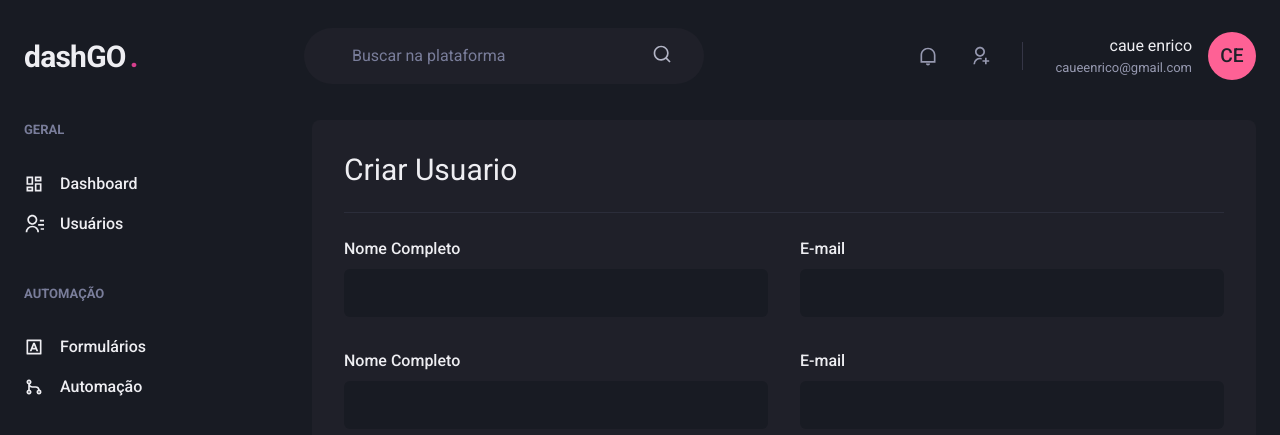
Repository: caueenrico/DashGO
Page: /user/create
An editor plug-in stored every save of this project. The page is shown before and after the next save, followed by the edit.
The browser window is 1280 px wide. The pictures show the whole page.
The project was rebuilt for these pictures with package versions that can differ from the ones it lists, and the page was loaded fresh each time. The framework's server and built-in components were replaced by stand-ins that run in the browser. Also part of the build but not shown: next.config.js.

Above is the page before, as saved 2023-03-16 16:37:34.

### src/pages/_app.tsx
import { theme } from '@/styles/theme'
import { ChakraProvider } from '@chakra-ui/react'
import type { AppProps } from 'next/app'

export default function App({ Component, pageProps }: AppProps) {
  return (
    <ChakraProvider theme={theme}>
      <Component {...pageProps} />
    </ChakraProvider>

  )
}

### src/pages/_document.tsx
import { Html, Head, Main, NextScript } from 'next/document'

export default function Document() {
  return (
    <Html lang="en">
      <Head>
        <link rel="preconnect" href="https://fonts.googleapis.com"/>
        <link rel="preconnect" href="https://fonts.gstatic.com" />
        <link href="https://fonts.googleapis.com/css2?family=Roboto:wght@400;500;700&display=swap" rel="stylesheet"/>
      </Head>
      <body>
        <Main />
        <NextScript />
      </body>
    </Html>
  )
}

### src/pages/user/create.tsx
import { Input } from "@/components/Form/Input";
import { Header } from "@/components/Header";
import { Pagination } from "@/components/Pagination";
import { SideBar } from "@/components/SideBar";
import { Box, Divider, Flex, Heading, SimpleGrid, VStack } from "@chakra-ui/react";

export default function UserList() {
  return (
    <Box>
      <Header/>

      <Flex w="100%" my="6" maxWidth={1480} mx="auto" px="6" >
        <SideBar />

        <Box flex="1" borderRadius={8} bg="gray.800" p="8">
          <Heading size="lg" fontWeight="normal">Criar Usuario</Heading>

          <Divider my="6" borderColor="gray.700"/>

          <VStack spacing="8">
            <SimpleGrid minChildWidth="240px" spacing="8" w="100%">
              <Input name="name" label="Nome Completo" />
              <Input name="email" type="email" label="E-mail" />
            </SimpleGrid>

            <SimpleGrid minChildWidth="240px" spacing="8" w="100%">
              <Input name="password" label="Nome Completo" />
              <Input name="email" type="email" label="E-mail" />
            </SimpleGrid>
          </VStack>


        </Box>
      </Flex>
    </Box>
  )
}

### src/components/Form/Input.tsx
import { FormControl, FormLabel, Input as ChakraInput, InputProps as ChakraInputProps } from "@chakra-ui/react";

interface InputProps extends ChakraInputProps{
  name: string;
  label?: string;
}

export function Input({ name, label, ...rest }: InputProps) {
  return (
    <FormControl>
      {!!label && <FormLabel htmlFor={name}>{label}</FormLabel>}
      <ChakraInput
        name={name}
        id={name}
        {...rest} //tenho que fazer para que ele receba as propriedades do InputProps
        focusBorderColor="pink.500"
        bg={"gray.900"}
        variant="filled"
        _hover={{
          bg: "gray.900",
        }}
        size="lg"
      />
    </FormControl>
  );
}

### src/components/Header.tsx
import { Flex, Input, Text, Icon, HStack, Box, Avatar } from "@chakra-ui/react";
import {
  RiSearchLine,
  RiNotificationLine,
  RiUserAddLine,
} from "react-icons/ri";

export function Header() {
  return (
    <Flex
      as="header"
      w="100%"
      maxWidth={1480}
      h="20"
      mx="auto"
      mt="4"
      px="6"
      align="center"
    >
      <Text
        fontSize="3xl"
        fontWeight="bold"
        letterSpacing="tight" //para deixar a letra mais apertada
        w="64"
      >
        dashGO
        <Text as="span" ml="1" color="pink.500">
          .
        </Text>
      </Text>

      <Flex
        as="label"
        flex="1"
        py="4"
        px="8"
        ml="6"
        maxWidth={400}
        alignSelf="center"
        color="gray.200"
        position="relative"
        bg="gray.800"
        borderRadius="full"
      >
        <Input
          color="gray.50"
          variant="unstyled"
          px="4"
          mr="4"
          placeholder="Buscar na plataforma"
          _placeholder={{ color: "gray.400" }}
        />

        <Icon as={RiSearchLine} fontSize="20" />
        {/* tive que fazer isso acima, por uma recomendação do chakra, entao no caso Icon vem do chakra e o RiSearchLine vem do react-icons */}
      </Flex>

      <Flex align="center" ml="auto">
        <HStack
          spacing="8"
          mx="8"
          pr="8"
          py="1"
          color="gray.300"
          borderRightWidth={1}
          borderColor="gray.700"
        >
          <Icon as={RiNotificationLine} fontSize="20" />
          <Icon as={RiUserAddLine} fontSize="20" />
        </HStack>
      </Flex>

      <Flex align="center">

        <Box mr="4" textAlign="right">
          <Text>caue enrico</Text>
          <Text color="gray.300" fontSize="small">
            caueenrico@gmail.com
          </Text>
        </Box>
        <Avatar size="md" name="Caue Enrico" />

      </Flex>
    </Flex>
  );
}

### src/components/SideBar.tsx
import { Box, Link, Stack, Text, Icon } from "@chakra-ui/react";
import { RiDashboardLine, RiContactsLine, RiInputMethodLine, RiGitMergeLine } from "react-icons/ri";

export function SideBar() {
  return (
    <Box as="aside" w="64" mr="8">
      <Stack spacing="12" align="flex-start" >
        <Box>
          <Text fontWeight="bold" color="gray.400" fontSize="small">GERAL</Text>
          <Stack spacing="4" mt="8" align="stretch" >
            <Link display="flex" alignItems="center" >
              <Icon as={RiDashboardLine} fontSize="20" />
              <Text ml="4" fontWeight="medium" >Dashboard</Text>
            </Link>
            <Link display="flex" alignItems="center" >
              <Icon as={RiContactsLine} fontSize="20" />
              <Text ml="4" fontWeight="medium" >Usuários</Text>
            </Link>
          </Stack>
        </Box>

        <Box>
          <Text fontWeight="bold" color="gray.400" fontSize="small">AUTOMAÇÃO</Text>
          <Stack spacing="4" mt="8" align="stretch" >
            <Link display="flex" alignItems="center" >
              <Icon as={RiInputMethodLine} fontSize="20" />
              <Text ml="4" fontWeight="medium">Formulários</Text>
            </Link>
            <Link display="flex" alignItems="center" >
              <Icon as={RiGitMergeLine} fontSize="20" />
              <Text ml="4" fontWeight="medium">Automação</Text>
            </Link>
          </Stack>
        </Box>
      </Stack>

    </Box>
  )
}

Loaded but not shown: src/styles/theme.ts (common file)

After the next save:
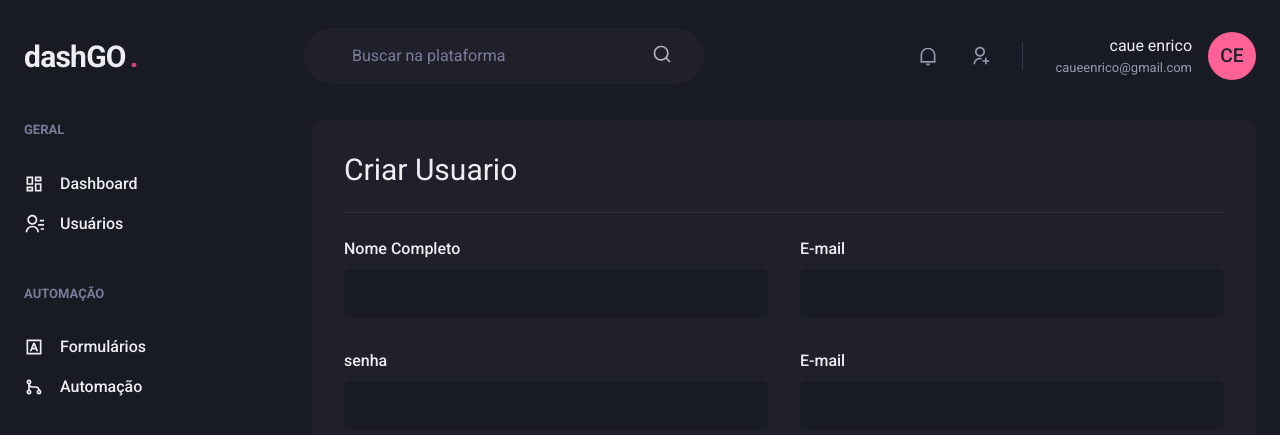
Saved 7 s later.
--- a/src/pages/user/create.tsx
+++ b/src/pages/user/create.tsx
@@ -24,7 +24,7 @@ export default function UserList() {
             </SimpleGrid>
 
             <SimpleGrid minChildWidth="240px" spacing="8" w="100%">
-              <Input name="password" label="Nome Completo" />
+              <Input name="password" label="senha" />
               <Input name="email" type="email" label="E-mail" />
             </SimpleGrid>
           </VStack>
